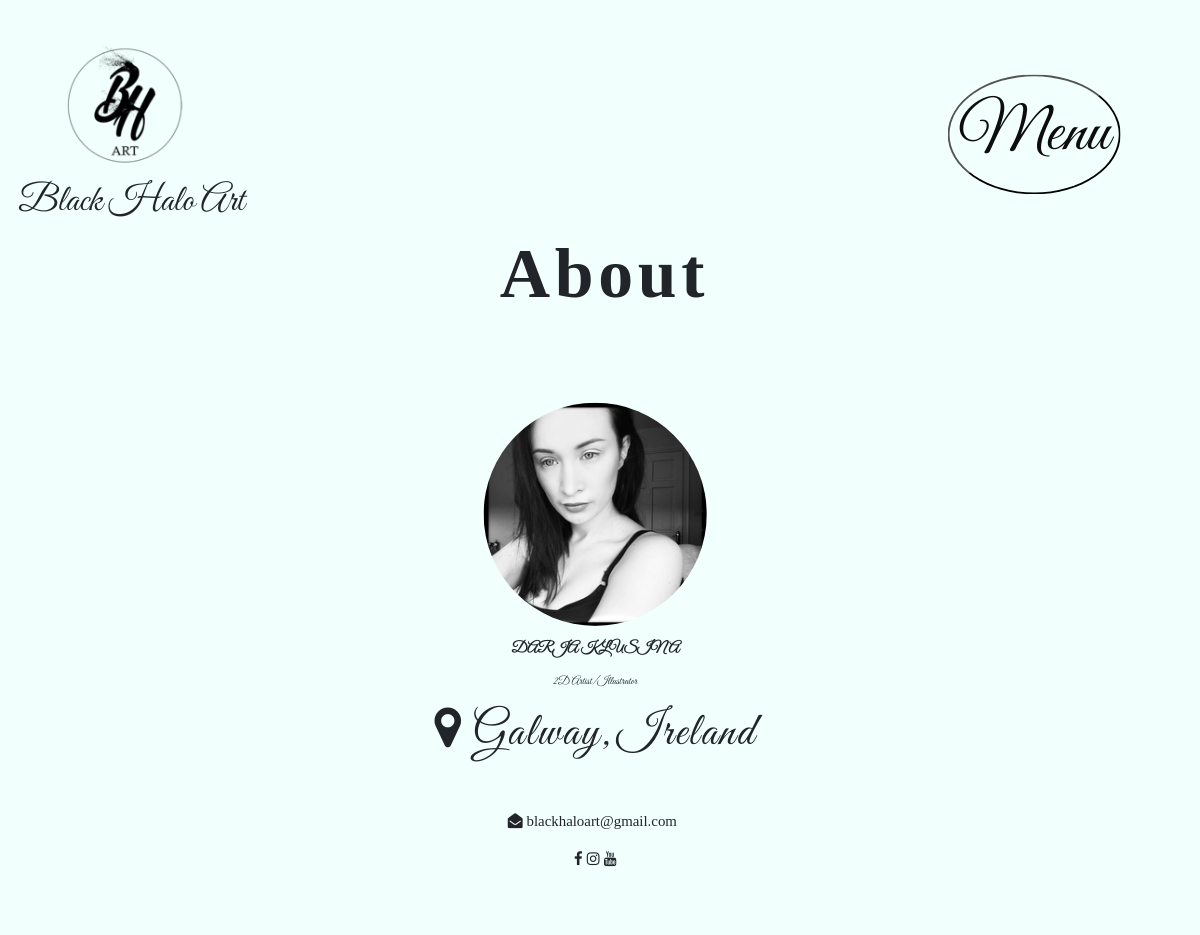
Repository: Cosy-Chaos/project-time
Page: about.html
The author's editor kept a record of every edit. The page is drawn from the files as they stood at one moment, then again after the next edit.
The browser window is 1280 px wide. The page is 1290 px wide, so the pictures cover 1290 px, including what lies to the right of the window. The pictures show the whole page, at 93% of full size.

Above is the page before.

After the next edit:
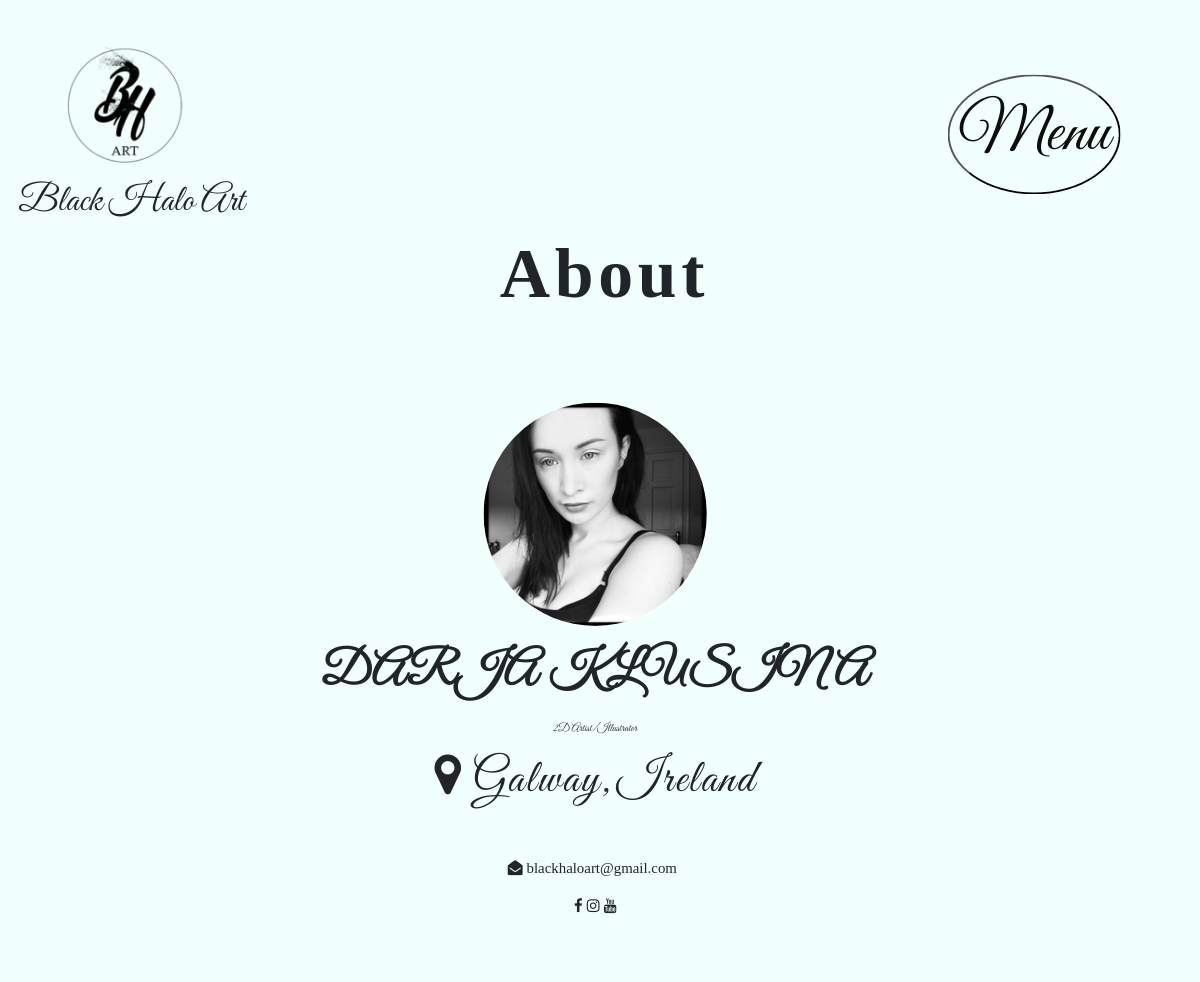
The edit:
--- a/assets/style_about.css
+++ b/assets/style_about.css
@@ -118,6 +118,8 @@
 
 .about-name, .title-font {
     font-family: 'Great Vibes', cursive;
+    font-size: 50px;
+    letter-spacing: 2px;
 }
 
 .about-job-name, .site-subtitle{
